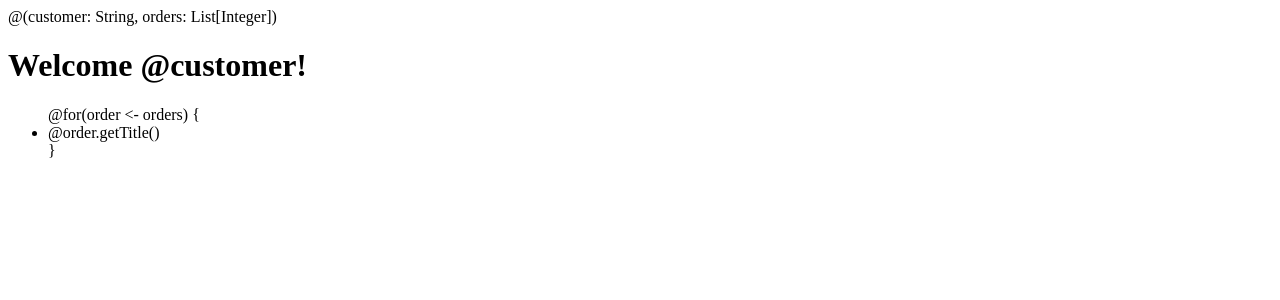
Repository: alex-ren/learn_typesafe_reactive
Page: play-java/app/views/helloworld.scala.html
These files come from the project's save history. The page is drawn as it stood at one moment and after the next save; the edit follows.
The browser window is 1280 px wide. The pictures show the whole page.

Above is the page before, as saved 2014-11-08 21:43:01.

After the next save:
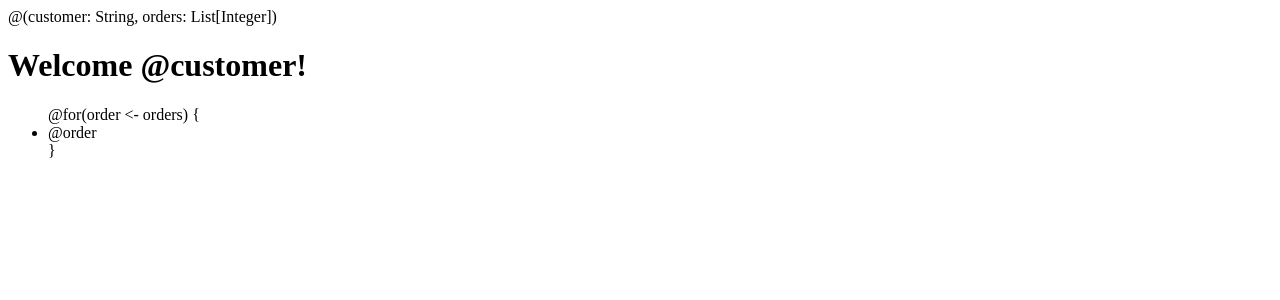
Saved 3 s later.
--- a/play-java/app/views/helloworld.scala.html
+++ b/play-java/app/views/helloworld.scala.html
@@ -4,6 +4,6 @@
 
 <ul>
 @for(order <- orders) {
-  <li>@order.getTitle()</li>
+  <li>@order</li>
 }
 </ul>
